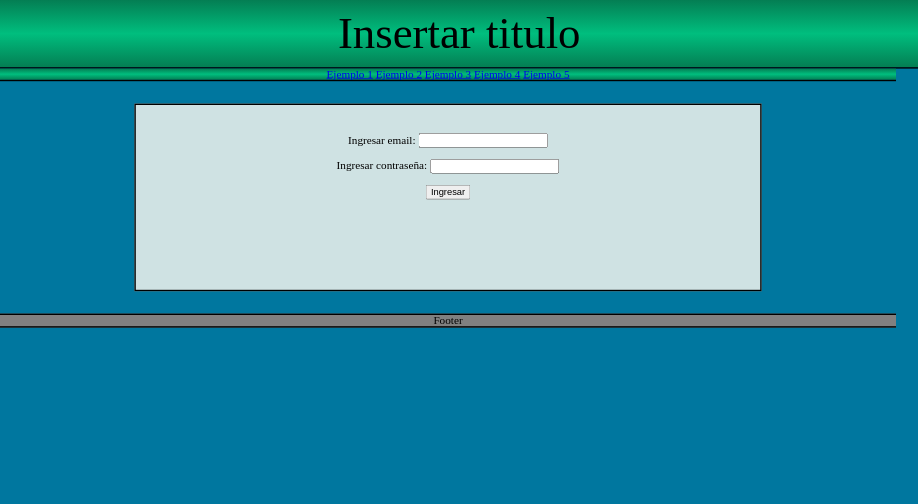
Repository: FacundoKinderknecht/Parcial-2-LPPA
Page: login/login.html
The author's editor kept a copy of each file at every save. The page is drawn from the files as they stood at one save, then again after the next save.
The browser window is 1280 px wide. The page is 1312 px wide, so the pictures cover 1312 px, including what lies to the right of the window. The pictures show the whole page, at 70% of full size.

Above is the page before, as saved 2022-07-06 10:25:30.

### login/login.html
<!DOCTYPE html>
<html lang="en">
<head>
    <meta charset="UTF-8">
    <meta http-equiv="X-UA-Compatible" content="IE=edge">
    <meta name="viewport" content="width=device-width, initial-scale=1.0">
    <title>Document</title>
    <link rel="stylesheet" href="/reset.css">
    <link rel="stylesheet" href="/login/login.css">
    <script src="/login/login.js"></script>
</head>
<body>
    <header>
        <h1>Insertar titulo</h1>
    </header>
    <nav>
        <li>
            <a href="#">Ejemplo 1</a>
            <a href="#">Ejemplo 2</a>
            <a href="#">Ejemplo 3</a>
            <a href="#">Ejemplo 4</a>
            <a href="#">Ejemplo 5</a>
        </li>
    </nav>
    <main>
        <form>
            <div class="email">
                <label for="email">Ingresar email:</label>
                <input type="text" name="email" id="email">
            </div>
            <div class="contraseña">
                <label for="contraseña">Ingresar contraseña:</label>
                <input type="password" name="contraseña" id="contraseña">
            </div>
            <div class="boton">
                <input type="submit" value="Ingresar">
            </div>
        </form>
    </main>
    <footer>
        <p>Footer</p>
    </footer>
</body>
</html>

### login/login.css
header{
    width: 100%;
    border-bottom: black 2px solid;
    padding: 1rem;
    font-size: 400%;
    background: linear-gradient(to top, rgb(4, 126, 83), rgb(0, 190, 126), rgb(4, 126, 83));
}
nav{
    background: linear-gradient(to top, rgb(4, 126, 83), rgb(0, 190, 126), rgb(4, 126, 83));
    display: block;
    border-bottom: black 2px solid;
    text-decoration: none;
}
li{
    text-decoration: none;
    list-style: none;
    color: black;
}
body{
    background-color: rgb(0, 119, 159);
    height: 100%;
    align-items: center;
    text-align: center;
    margin: 0;
}
main{
    display: inline-block;
    width: 70%;
    padding: 2rem;
}
form{
    background-color: rgb(207, 226, 227);  border: black solid 2px;
    padding: 2rem;
    height: 200px;

}
div{
    padding: 0.5rem;
}
footer{
    border-top: 2px solid black;
    border-bottom: 2px solid black;
    background-color: grey;
    bottom: 0;
    width: 100%;
}

Loaded but not shown: reset.css (common file); login/login.js (no stored copy; drawn as an empty file)

After the next save:
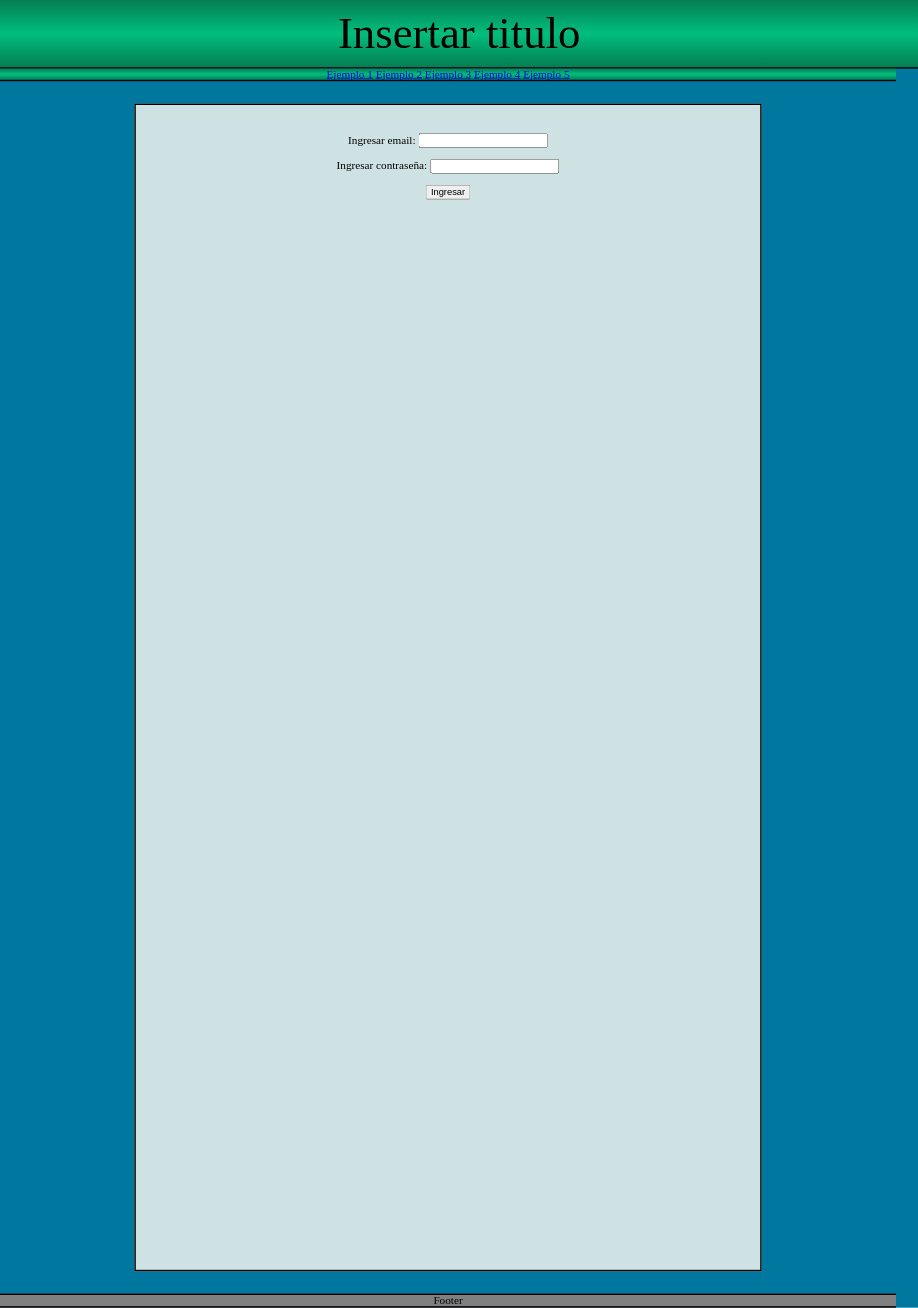
Saved 11 s later.
--- a/login/login.css
+++ b/login/login.css
@@ -31,8 +31,7 @@ main{
 form{
     background-color: rgb(207, 226, 227);  border: black solid 2px;
     padding: 2rem;
-    height: 200px;
-
+    height: 100rem;
 }
 div{
     padding: 0.5rem;
